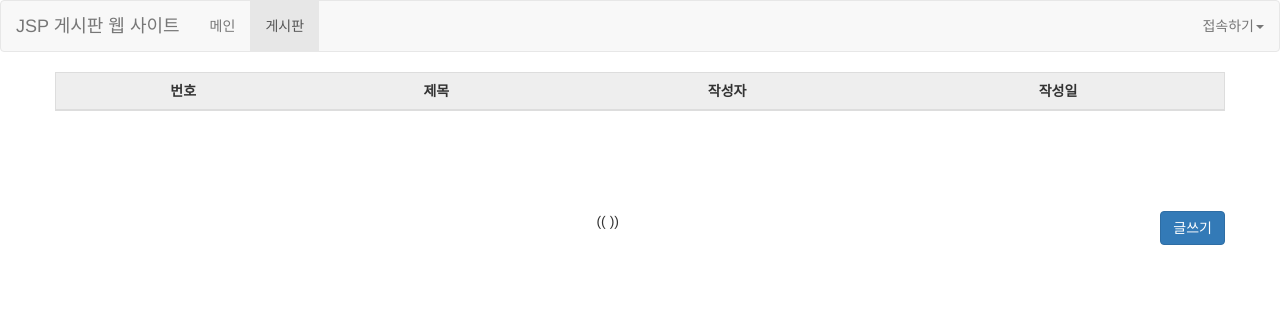
Repository: lihs3443/JSP-Board-System
Page: http://localhost/BBS/bbs.jsp
These files come from the project's save history. The page is drawn as it stood at one moment and after the next save; the edit follows.
The browser window is 1280 px wide. The pictures show the whole page.
Some web libraries are served in a nearby version. The page is served by Tomcat 9. Queries for data that is not in the repository find no rows.

Above is the page before, as saved 2022-11-20 11:12:30.

After the next save:
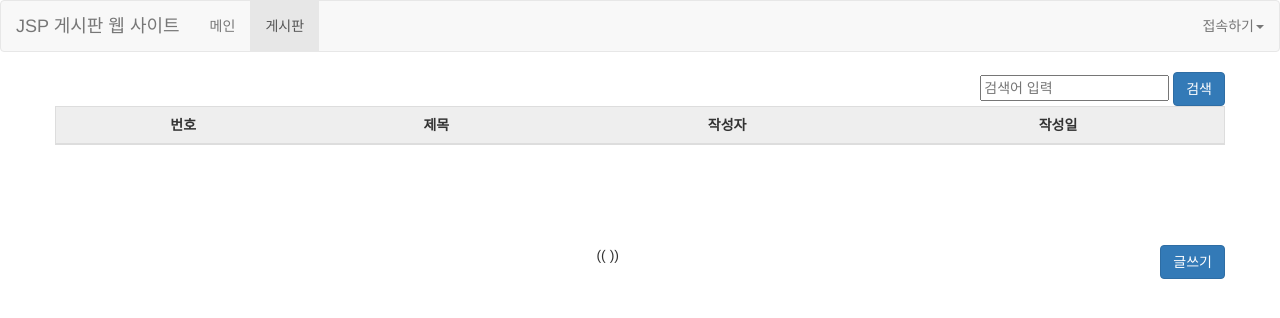
Saved 64 s later.
--- a/BBS/WebContent/bbs.jsp
+++ b/BBS/WebContent/bbs.jsp
@@ -93,6 +93,12 @@
 	</nav>
 	<div class="container">
 		<div class="row">
+			<form method="post" action="searchAction.jsp">
+				<div style="text-align: right;">
+					<input type="text" placeholder="검색어 입력" maxlength="50"></td>
+					<button type="submit" class="btn btn-primary">검색</button>
+				</div>
+			</form>
 			<table class="table table-striped" style="text-align: center; border: 1px solid #dddddd">
 				<thead>
 					<tr>
